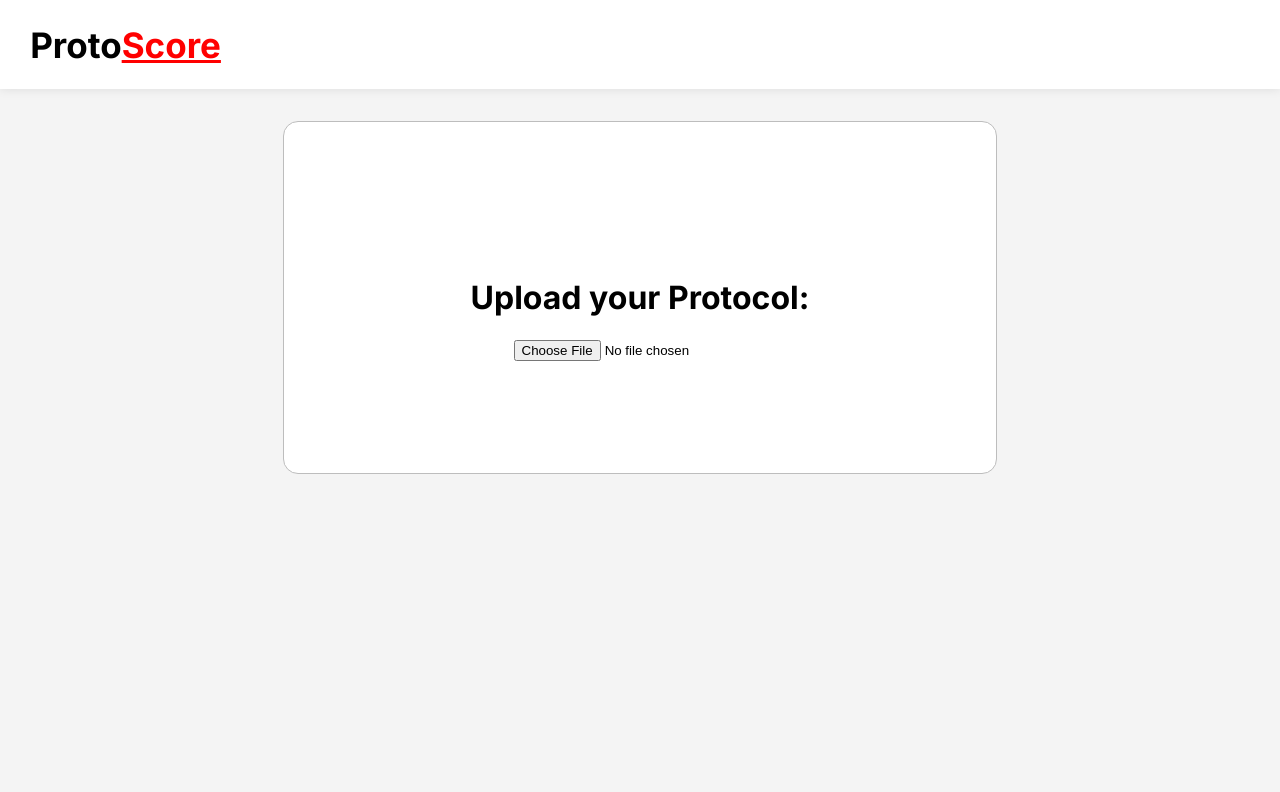
Repository: evanc108/Regeneron2024
Page: / (app in regeneron/)
An editor plug-in stored every save of this project. The page is shown before and after the next save, followed by the edit.
The browser window is 1280 px wide. The pictures show the whole page.
The project was rebuilt for these pictures with package versions that can differ from the ones it lists, and the page was loaded fresh each time.

Above is the page before, as saved 2024-05-14 02:13:23.

### regeneron/src/App.js
import './App.css';
import React, { useState } from 'react';
import Feedback from './pages/Feedback';


function App() {
  return (
    <div className="App">
      <div style={{backgroundColor: "white", width: "100%", padding: "0.2px", boxShadow: "0px 0px 10px rgba(0, 0, 0, 0.1)"}}>
        <h1 style={{ marginLeft: "30px", fontSize: "35px", textAlign: "left"}}>
          <span style={{color: "black"}}>Proto</span>
          <span style={{color: "red", textDecoration: "underline"}}>Score</span>
        </h1>
      </div>


      {/* <input value={inputValue} onChange={handleChange}></input>
      <button onClick={sendRequest}>Click me</button>
      <div>
        <p>Physical Burden: {burden.physical}</p>
        <p>Logistical Burden: {burden.logistical}</p>
        <p>Financial: {burden.financial}</p>
        <p>Psychological Burden: {burden.psychological}</p>
      </div> */}
      <Feedback></Feedback>
    </div>
  );
}

export default App;

### regeneron/src/App.css
.App {
  text-align: center;
  background-color: #f4f4f4;
  margin: 0;
  height: 110vh;
}

body {
  font-family: 'Inter', sans-serif;
  margin: 0;
  padding: 0;
  height: 110vh;
}

.App-logo {
  height: 40vmin;
  pointer-events: none;
}

@media (prefers-reduced-motion: no-preference) {
  .App-logo {
    animation: App-logo-spin infinite 20s linear;
  }
}

.App-header {
  background-color: #282c34;
  min-height: 100vh;
  display: flex;
  flex-direction: column;
  align-items: center;
  justify-content: center;
  font-size: calc(10px + 2vmin);
  color: white;
}

.App-link {
  color: #61dafb;
}

@keyframes App-logo-spin {
  from {
    transform: rotate(0deg);
  }
  to {
    transform: rotate(360deg);
  }
}

### regeneron/src/pages/Feedback.js
import React, { useState } from 'react';
import '../styles/feedback.css';
import { handleExtraction } from '../openAIServices';
import { PropagateLoader } from 'react-spinners';

function Feedback() {
    const [fileUploaded, setFileUploaded] = useState(false);
    const [loading, setLoading] = useState(false);
    const [burden, setBurden] = useState({});
    const [pdfUrl, setPdfUrl] = useState("");

    const handleFileUpload = async (text) => {
        setLoading(true);
        // Uncomment and use when API is connected
        // const response = await handleExtraction(text);
        // setBurden(response);
        setFileUploaded(true);
        setLoading(false);
    };

    function extractText(event) {
        const file = event.target.files[0];
        if (file) {
            const url = URL.createObjectURL(file);
            setPdfUrl(url);
            setFileUploaded(true);

            const reader = new FileReader();
            reader.onload = async (e) => {
                const text = await reader.result;
                console.log(text);
                handleFileUpload(text);
            };
            reader.readAsText(file);
        }
    }

    return (
        <div className="feedback-container">
            <div className="header"></div>
            <div className='upload-file'>
                {!fileUploaded && !loading && (
                    <div>
                        <h1>Upload your Protocol:</h1>
                        <input
                            type="file"
                            accept=".pdf"
                            onChange={extractText}
                        />
                    </div>
                )}
                {loading && (
                    <div style={{ marginTop: "30px" }}>
                        <h2>Calculating Burden...</h2>
                        <PropagateLoader color="#36d7b7" />
                    </div>
                )}
            </div>
            {fileUploaded && !loading && (
                <div className="protocol-container">
                    <div className="iframe-container">
                        <iframe src={pdfUrl} style={{ width: '100%', height: '100%' }}></iframe>
                    </div>
                </div>
            )}
            {fileUploaded && !loading && (
                <div className="score-container">
                    <div>
                        <p style={{ fontSize: '17px', fontWeight: '300', marginBottom: '-3px' }}>Burden Score</p>
                        <span style={{ fontSize: '50px', fontWeight: '600' }}>{burden.score || 'N/A'}</span>
                    </div>
                </div>
            )}
        </div>
    );
}

export default Feedback;

### regeneron/src/styles/feedback.css
.feedback-container {
    display: flex;
    flex-direction: row;
    justify-content: center;
    margin-top: -2.5%;
}

.upload-file {
    border-color: rgb(189, 189, 189);
    border-width: 1px;
    border-style: solid;
    padding-left: 100px;
    padding-right: 100px;
    width: 40%;
    height: 30vh;
    margin-top: 5%;
    border-radius: 15px;
    background-color: white;
    overflow: hidden;
    padding-top: 10.5%;
}

.protocol-container {
    border-color: rgb(189, 189, 189);
    border-width: 1px;
    border-style: solid;
    padding-left: 100px;
    padding-right: 100px;
    width: 40%;
    height: 68vh;
    margin-top: 5%;
    border-radius: 15px;
    background-color: white;
    overflow: hidden;
    padding-top: 10.5%;
}

.score-container {
    border-color: rgb(189, 189, 189);
    border-width: 1px;
    border-style: solid;
    padding: 100px;
    width: 10%;
    height: 65.3vh;
    margin-top: 5%;
    border-radius: 15px;
    background-color: white;
    margin-left: 30px;
}

.score {
    font-size: large;
}

.unique-score {
    font-size: 86px;
    font-weight: 500;
}


.iframe-container {
    top: -28%;
    width: 130%;
    left: -15%;
    height: 150%;  /* Adjust height as needed */
    overflow: hidden;
    position: relative;
}

Loaded but not shown: regeneron/public/index.html (common file); regeneron/src/index.js (common file); regeneron/src/openAIServices.js (no copy from this time; the picture is the same without it)

After the next save:
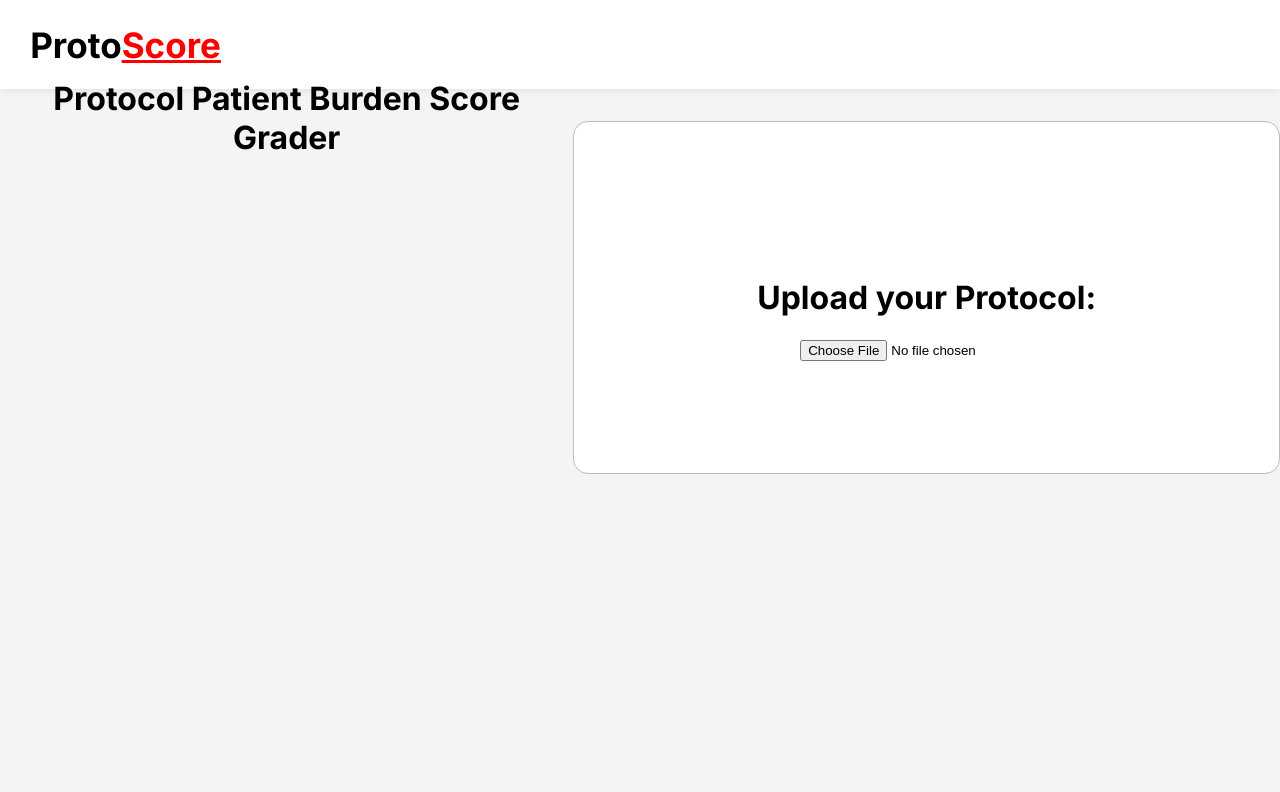
Saved 47 s later.
--- a/regeneron/src/pages/Feedback.js
+++ b/regeneron/src/pages/Feedback.js
@@ -37,7 +37,9 @@ function Feedback() {
 
     return (
         <div className="feedback-container">
-            <div className="header"></div>
+            <div className="header">
+                <h1>Protocol Patient Burden Score Grader</h1>
+            </div>
             <div className='upload-file'>
                 {!fileUploaded && !loading && (
                     <div>
